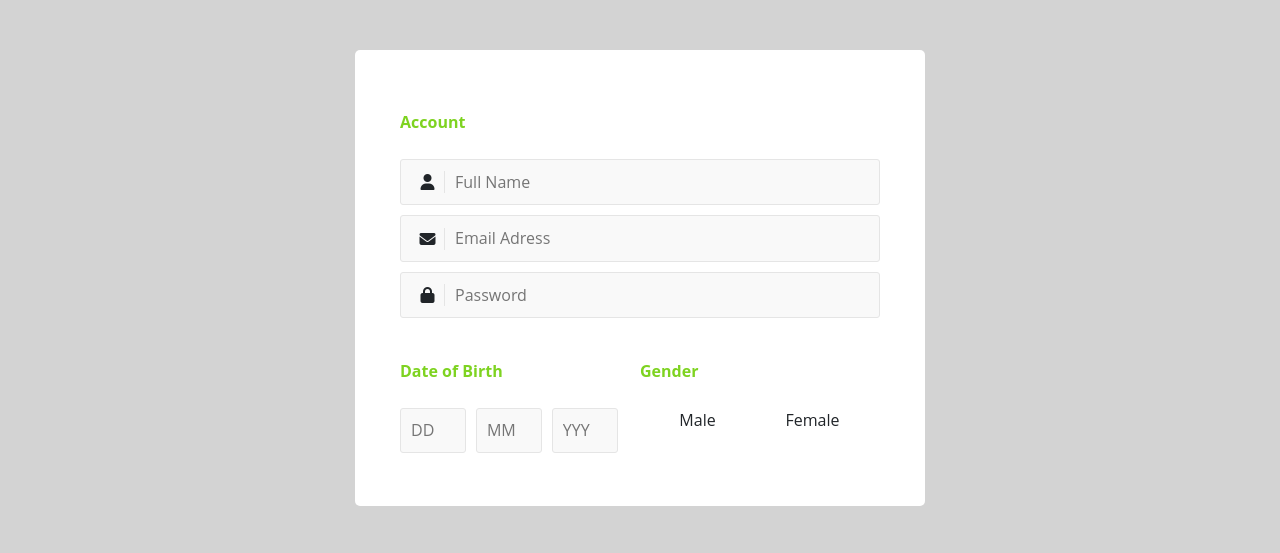
Repository: letrongtinh27/LapTrinhWeb
Page: Payment/index.html
The author's editor kept a copy of each file at every save. The page is drawn from the files as they stood at one save, then again after the next save.
The browser window is 1280 px wide. The pictures show the whole page.

Above is the page before, as saved 2022-10-11 21:42:50.

After the next save:
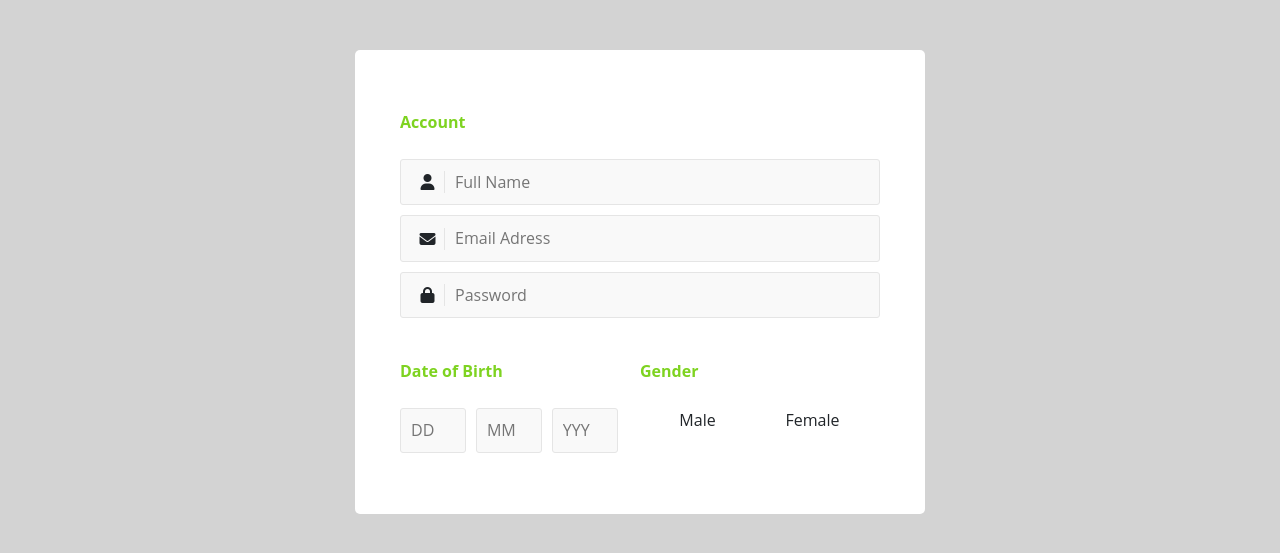
Saved 7 s later.
--- a/Payment/style.css
+++ b/Payment/style.css
@@ -93,11 +93,12 @@ body {
     display: none;
 }
 .input-group{
-    height: 53px;
+
 }
 .input-group > label {
     display: inline-block;
     width: 50%;
+    height: 53px;
     text-align: center;
     float: left;
     border-radius: 0;

After the save that followed:
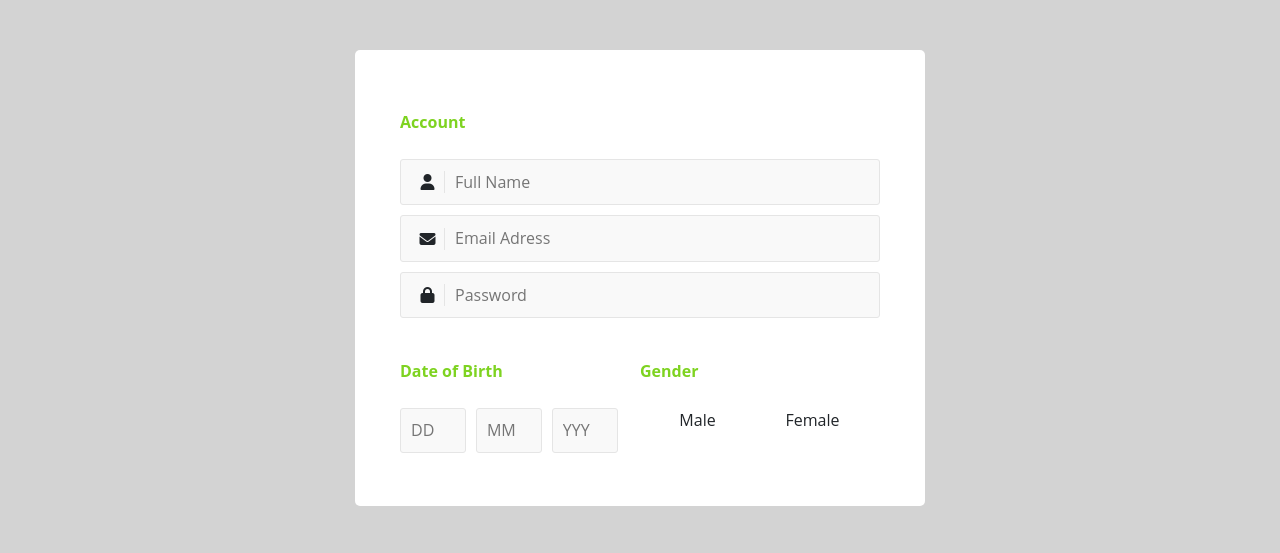
Saved 13 s later.
--- a/Payment/style.css
+++ b/Payment/style.css
@@ -99,6 +99,7 @@ body {
     display: inline-block;
     width: 50%;
     height: 53px;
+    margin: 0 auto;
     text-align: center;
     float: left;
     border-radius: 0;
